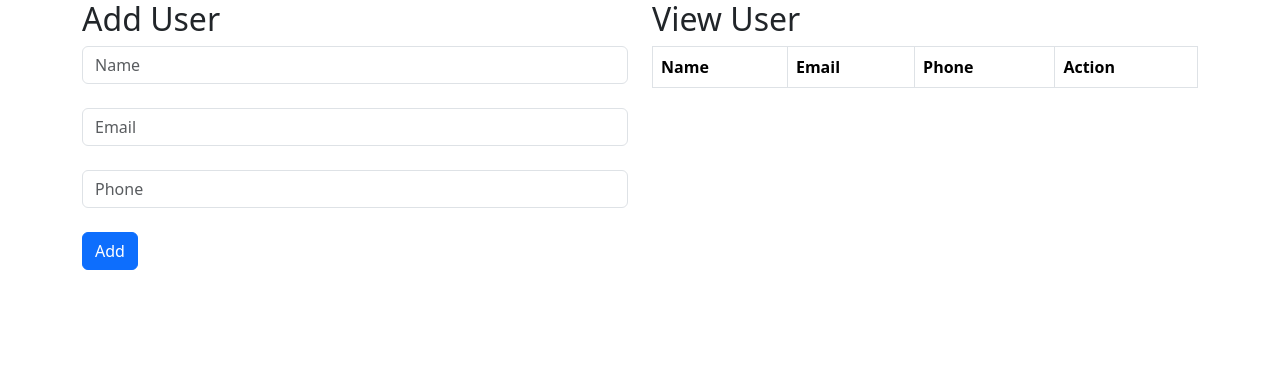
Repository: 9703146255/ADV-JAVA-PROJECTS
Page: http://localhost/03-CrudOperationProject/user.jsp
These files come from the project's save history. The page is drawn as it stood at one moment and after the next save; the edit follows.
The browser window is 1280 px wide. The pictures show the whole page.
Some web libraries are served in a nearby version. The page is served by Tomcat 9.

Above is the page before, as saved 2023-11-07 07:49:53.

After the next save:
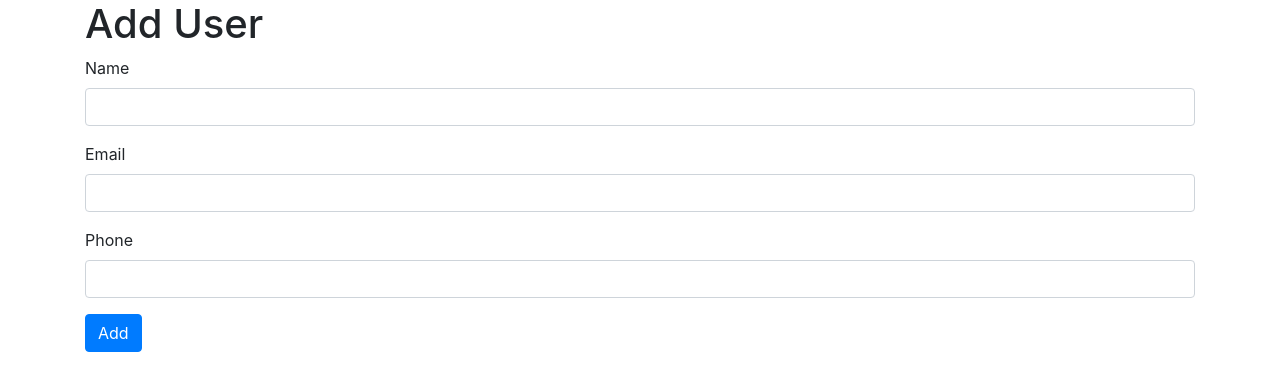
Saved 32 min 23 s later.
--- a/03-CrudOperationProject/src/main/webapp/user.jsp
+++ b/03-CrudOperationProject/src/main/webapp/user.jsp
@@ -3,51 +3,30 @@
 <!DOCTYPE html>
 <html>
 <head>
-    <meta charset="ISO-8859-1">
-    <title>User Page</title>
-    <link href="https://cdn.jsdelivr.net/npm/bootstrap@5.3.2/dist/css/bootstrap.min.css" rel="stylesheet" integrity="sha384-T3c6CoIi6uLrA9TneNEoa7RxnatzjcDSCmG1MXxSR1GAsXEV/Dwwykc2MPK8M2HN" crossorigin="anonymous">
-    <script src="https://cdn.jsdelivr.net/npm/bootstrap@5.3.2/dist/js/bootstrap.bundle.min.js" integrity="sha384-C6RzsynM9kWDrMNeT87bh95OGNyZPhcTNXj1NW7RuBCsyN/o0jlpcV8Qyq46cDfL" crossorigin="anonymous">
-    </script>
+    <meta charset="UTF-8">
+    <title>Add User</title>
+    <link rel="stylesheet" href="https://maxcdn.bootstrapcdn.com/bootstrap/4.0.0/css/bootstrap.min.css">
+    <script src="https://code.jquery.com/jquery-3.2.1.slim.min.js"></script>
+    <script src="https://maxcdn.bootstrapcdn.com/bootstrap/4.0.0/js/bootstrap.min.js"></script>
 </head>
 <body>
-  <div class="container">
-    <div class="row">
-      <div class="col-md-6">
-        <h2>Add User</h2>
+    <div class="container">
+        <h1>Add User</h1>
         <form action="UserController" method="post">
-          <input type="text" name="name" class="form-control" placeholder="Name" required><br>
-          <input type="text" name="email" class="form-control" placeholder="Email" required><br>
-          <input type="text" name="phone" class="form-control" placeholder="Phone" required><br>
-          <input type="submit" class="btn btn-primary" value="Add">
+            <div class="form-group">
+                <label for="name">Name</label>
+                <input type="text" class="form-control" id="name" name="name" required>
+            </div>
+            <div class="form-group">
+                <label for="email">Email</label>
+                <input type="text" class="form-control" id="email" name="email" required>
+            </div>
+            <div class="form-group">
+                <label for="phone">Phone</label>
+                <input type="text" class="form-control" id="phone" name="phone" required>
+            </div>
+            <button type="submit" class="btn btn-primary">Add</button>
         </form>
-      </div>
-      <div class="col-md-6">
-        <h2>View User</h2>
-        <table class="table table-bordered">
-          <thead>
-            <tr>
-              <th>Name</th>
-              <th>Email</th>
-              <th>Phone</th>
-              <th>Action</th>
-            </tr>
-          </thead>
-          <tbody>
-            <c:forEach items="${users}" var="user">
-              <tr>
-                <td>${user.name}</td>
-                <td>${user.email}</td>
-                <td>${user.phone}</td>
-                <td>
-                  <a href="editUser.jsp?id=${user.id}" class="btn btn-primary">Edit</a>
-                  <a href="deleteUser?id=${user.id}" class="btn btn-danger">Delete</a>
-                </td>
-              </tr>
-            </c:forEach>
-          </tbody>
-        </table>
-      </div>
     </div>
-  </div>
 </body>
 </html>
